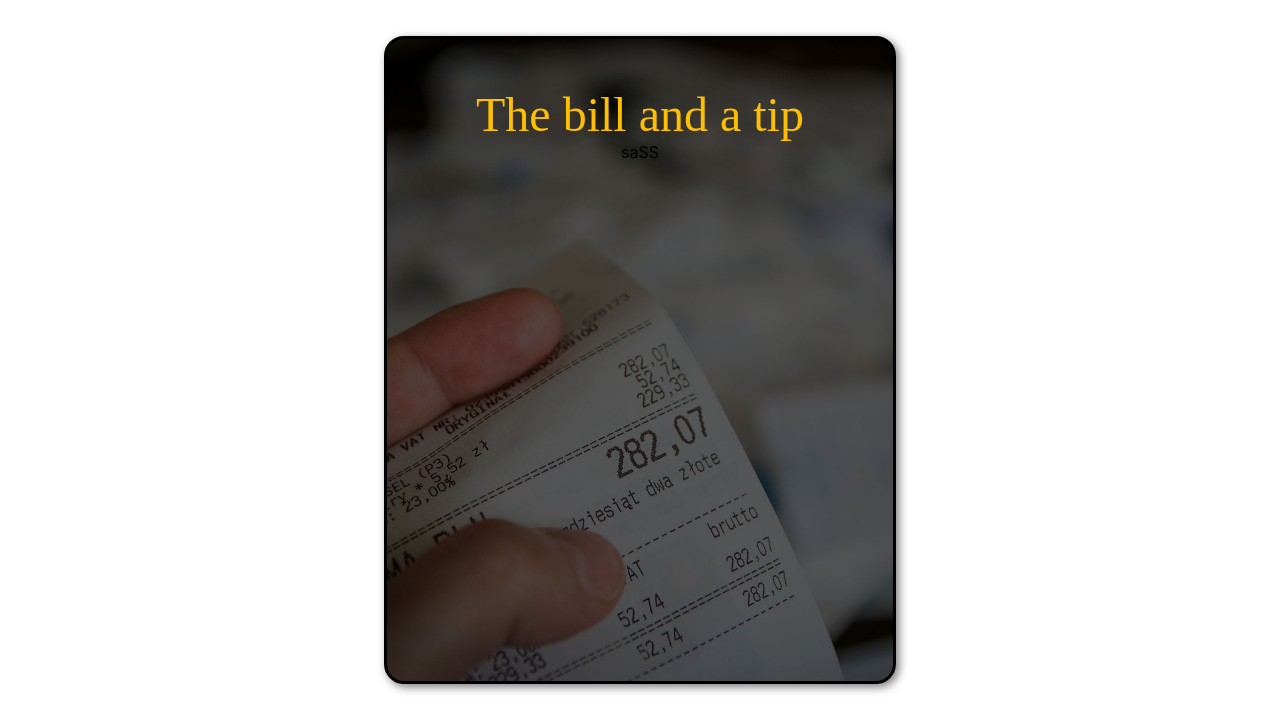
Repository: KrzysKolo/sr_tydzien4_zad1
Page: /
The author's editor kept a copy of each file at every save. The page is drawn from the files as they stood at one save, then again after the next save.
The browser window is 1280 px wide. The pictures show the whole page.
Some web fonts or font styles are not loaded; a fallback is used. The project was rebuilt for these pictures with package versions that can differ from the ones it lists, and the page was loaded fresh each time.

Above is the page before, as saved 2020-11-06 10:20:55.

After the next save:
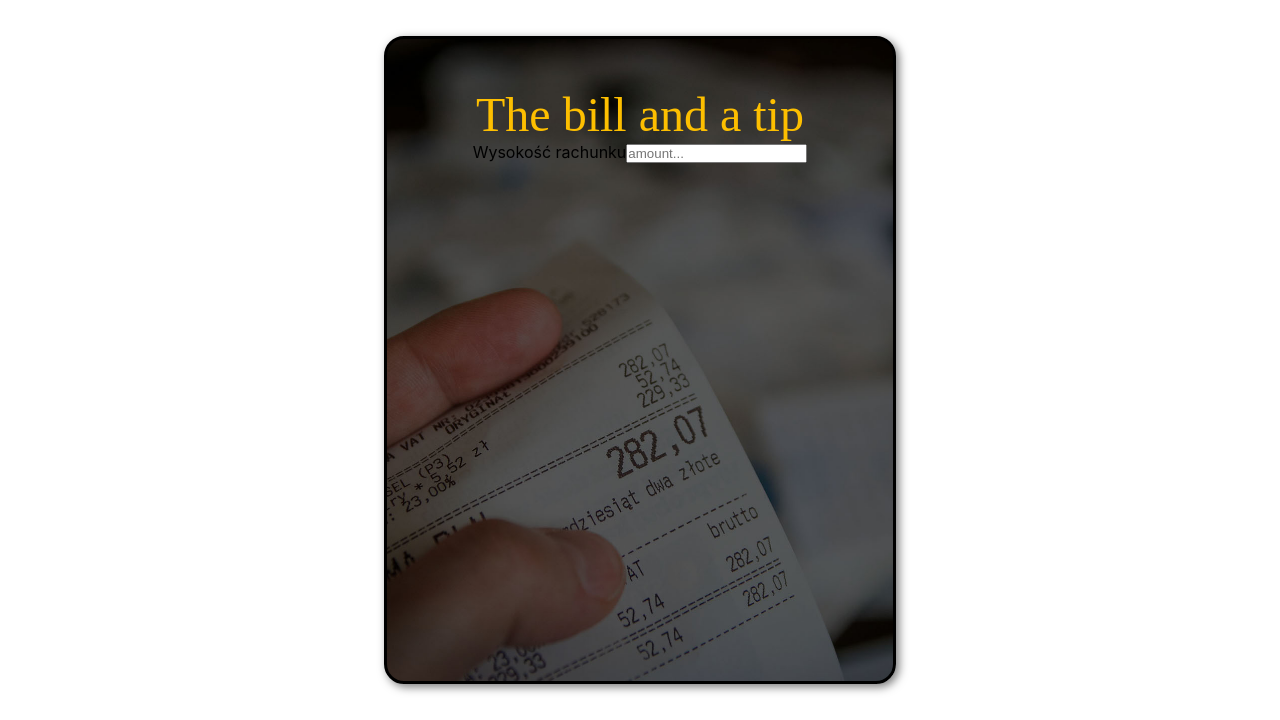
Saved 5 min 16 s later.
--- a/src/components/SectionCard.js
+++ b/src/components/SectionCard.js
@@ -4,7 +4,10 @@ class SectionCard extends Component {
     render() {
         return (
             <section>
-                saSS
+                <form>
+                    <label for="form__input-amount">Wysokość rachunku</label>
+                    <input id="form__input-amount" name="amount" placeholder="amount..." />
+                </form>
             </section>
          );
     }
